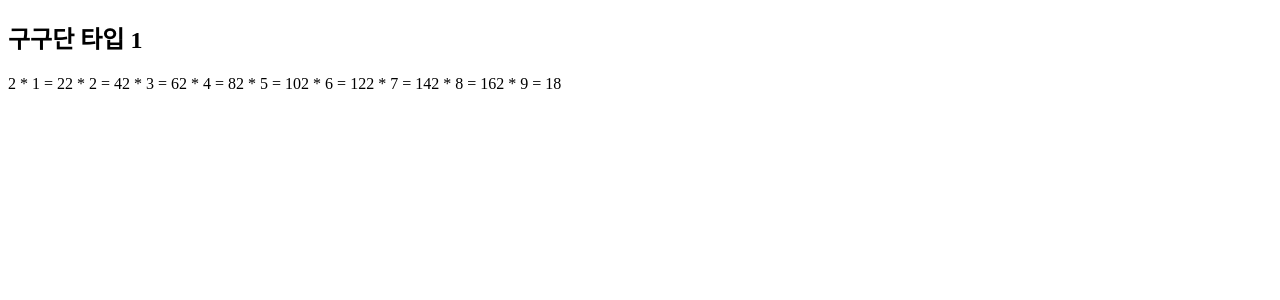
Repository: Byeonghee-son/DB-Servlet
Page: http://localhost/ServletStudy/gugudan1.jsp
These files come from the project's save history. The page is drawn as it stood at one moment and after the next save; the edit follows.
The browser window is 1280 px wide. The pictures show the whole page.
The page is served by Tomcat 9.

Above is the page before, as saved 2023-05-17 00:39:06.

After the next save:
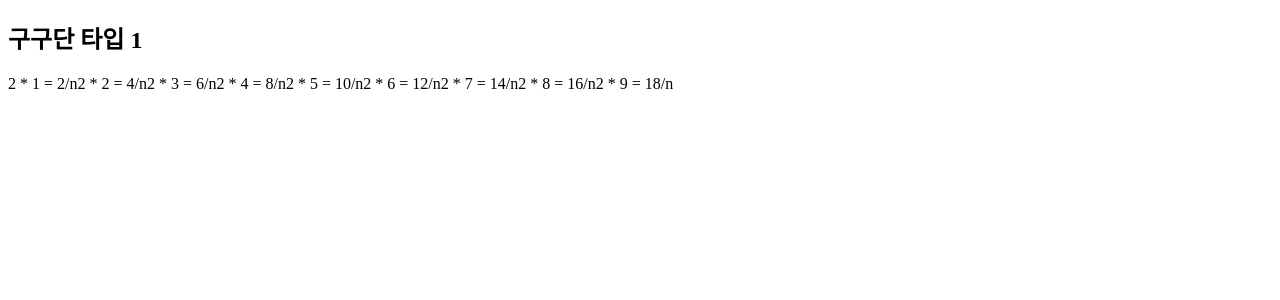
Saved 22 s later.
--- a/ServletStudy/src/main/webapp/gugudan1.jsp
+++ b/ServletStudy/src/main/webapp/gugudan1.jsp
@@ -25,6 +25,7 @@
 	for(int i = 1; i < 10; i++){
 	System.out.println(num + " * " + i + " = " + num * i);
 	out.print(num + " * " + i + " = " + num * i);
+	out.print("/n");
 	}
 	%>
 </body>
